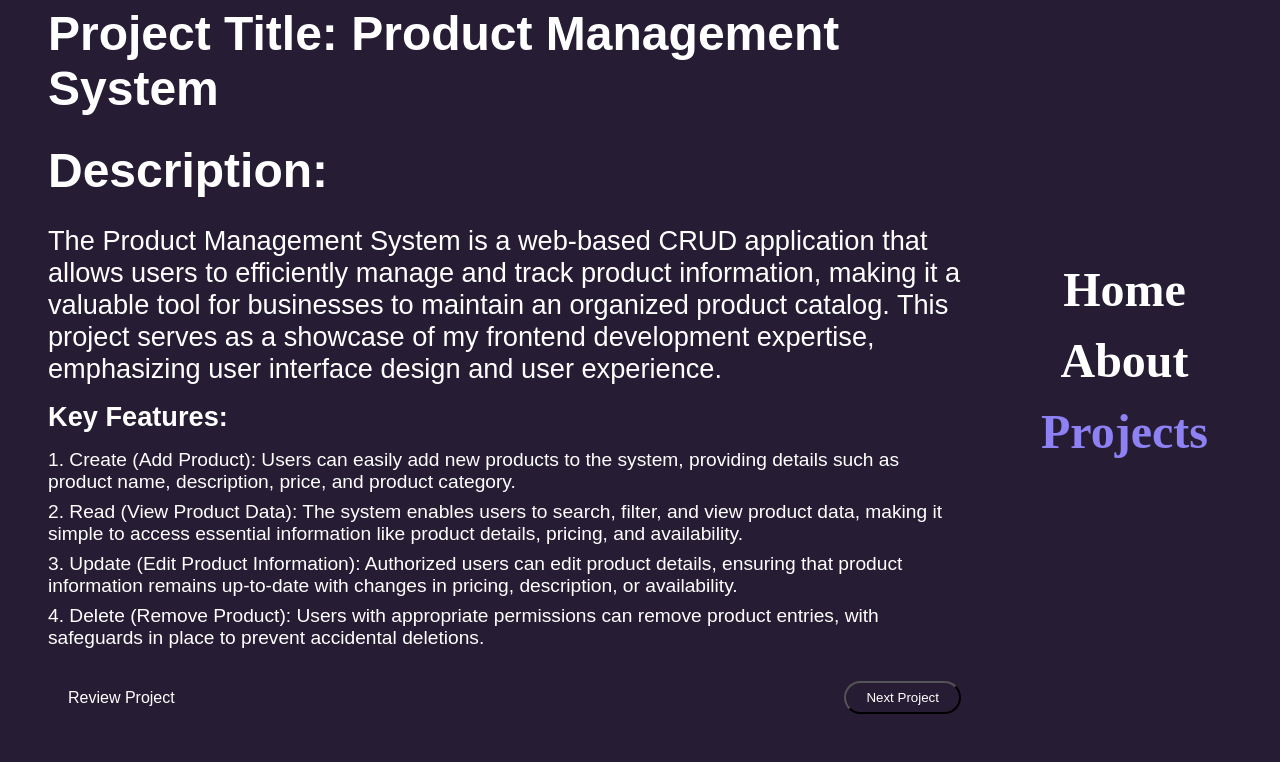
Repository: ahamdy997/portfolio
Page: /projects
These files come from the project's save history. The page is drawn as it stood at one moment and after the next save; the edit follows.
The browser window is 1280 px wide. The pictures show the whole page.
The project was rebuilt for these pictures with package versions that can differ from the ones it lists, and the page was loaded fresh each time. Also part of the build but not shown: vue.config.js, src/components/HelloWorld.vue, src/views/HomeView.vue.

Above is the page before, as saved 2023-11-06 01:06:09.

After the next save:
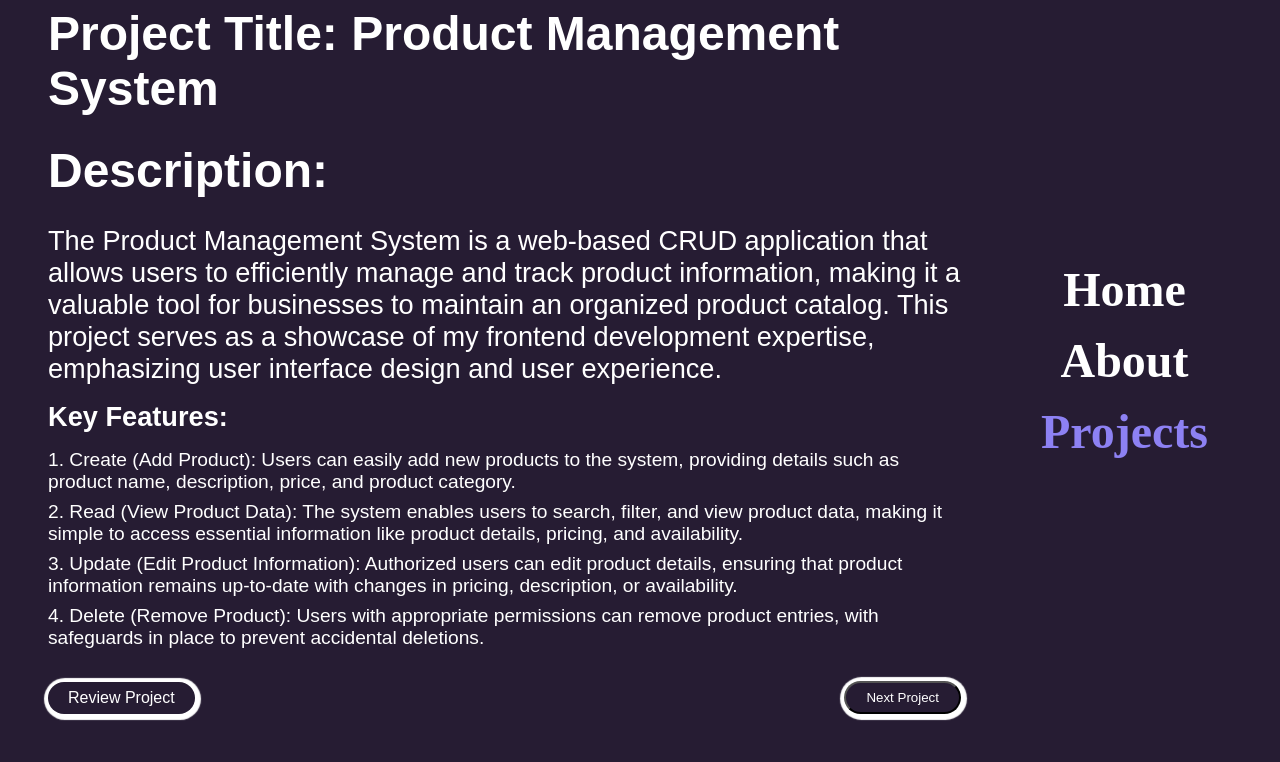
Saved 10 s later.
--- a/src/views/ProjectView.vue
+++ b/src/views/ProjectView.vue
@@ -77,7 +77,7 @@ a {
   margin-top: 1.5rem;
   padding: 7px 20px;
   color: white;
-  box-shadow: 1px 1px -1px 5px white;
+  box-shadow: 1px 1px 1px 5px white;
   border-radius: 20px;
   cursor: pointer;
   text-decoration: none;
